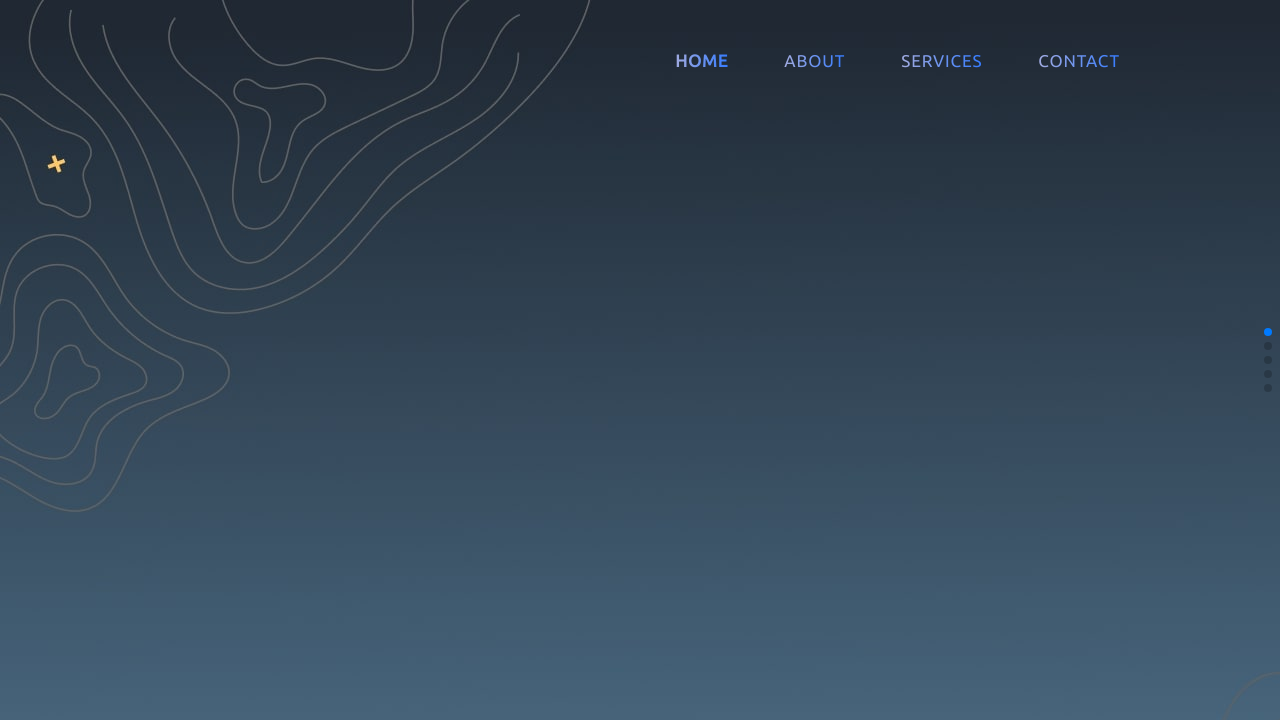
Repository: jiahow99/Add-Commerce
Page: index.html
The author's editor kept a copy of each file at every save. The page is drawn from the files as they stood at one save, then again after the next save.
The browser window is 1280 px wide. The pictures show the whole page.
Some web libraries are served in a nearby version.

Above is the page before, as saved 2023-06-06 17:12:44.

After the next save:
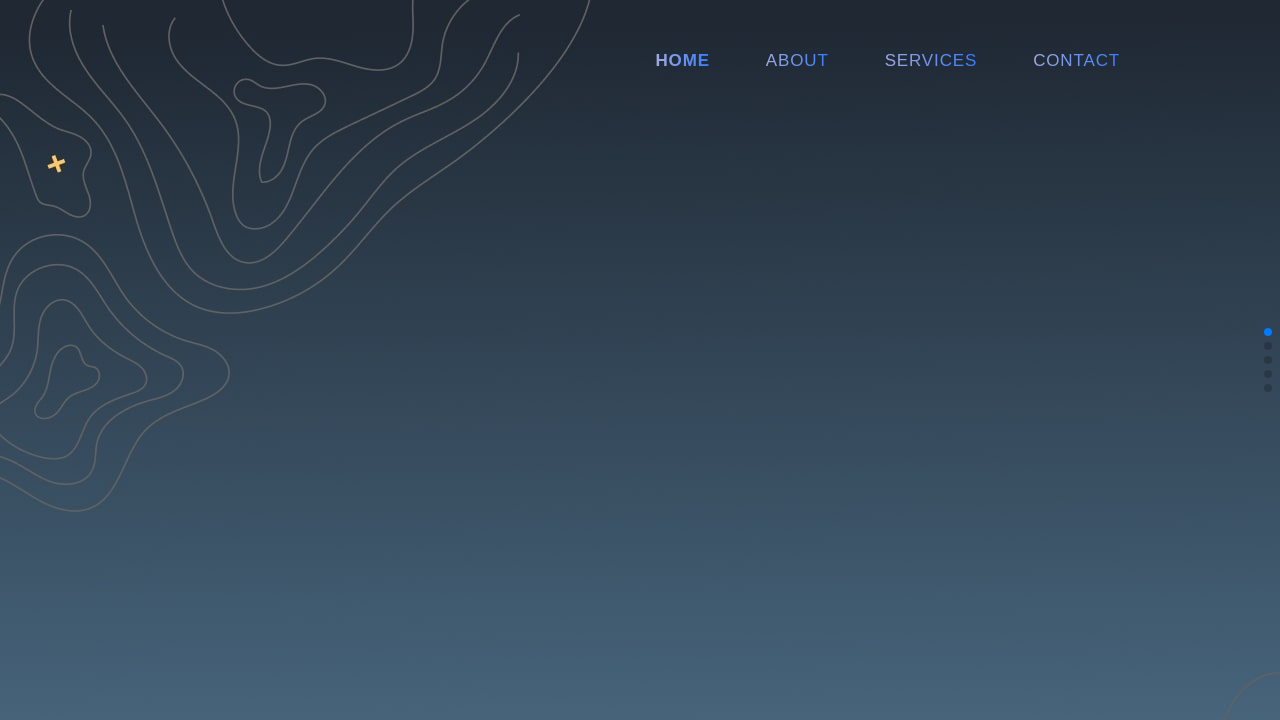
Saved 36 s later.
--- a/index.html
+++ b/index.html
@@ -7,9 +7,9 @@
     <title>Add Commerce</title>
 
     <!-- Fonts -->
-    <link rel="preconnect" href="https://fonts.googleapis.com">
+    <!-- <link rel="preconnect" href="https://fonts.googleapis.com">
     <link rel="preconnect" href="https://fonts.gstatic.com" crossorigin>
-    <link href="https://fonts.googleapis.com/css2?family=Ubuntu&display=swap" rel="stylesheet">
+    <link href="https://fonts.googleapis.com/css2?family=Ubuntu&display=swap" rel="stylesheet"> -->
 
     <!-- Custom CSS -->
     <link rel="stylesheet" href="style.css">

After the save that followed:
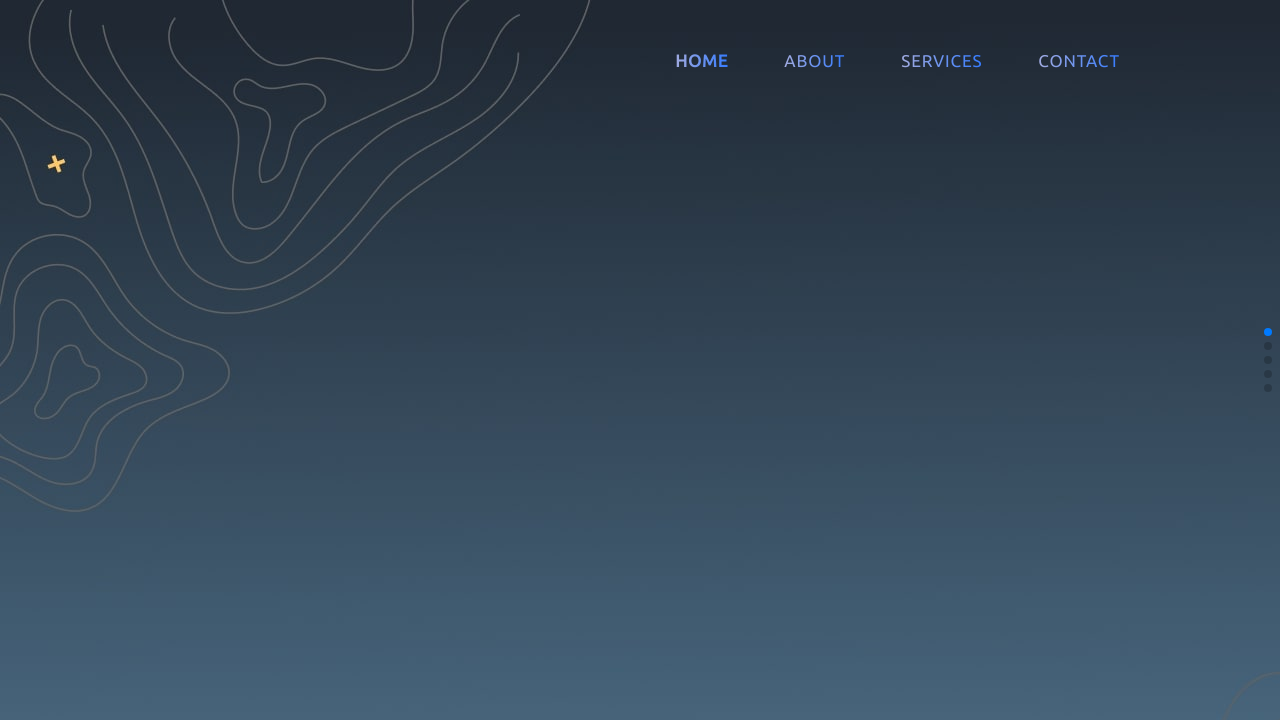
Saved 34 s later.
--- a/style.css
+++ b/style.css
@@ -1,3 +1,5 @@
+@import url('https://fonts.googleapis.com/css2?family=Ubuntu&display=swap');
+
 * {
     font-family: 'Ubuntu', sans-serif;
 }
